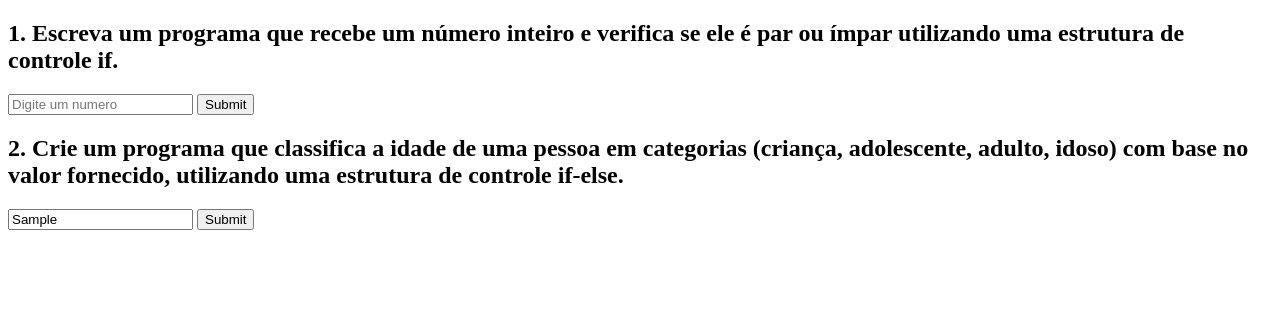
Repository: chidekina/prati-logica
Page: index.html
The author's editor kept a copy of each file at every save. The page is drawn from the files as they stood at one save, then again after a run of saves.
The browser window is 1280 px wide. The pictures show the whole page.
Empty fields were first filled with sample values (such as "Sample", 5 or name@example.com).
After loading, the first visible `input[onclick="parOuImpar()"]` was clicked once.

Above is the page before, as saved 2025-04-29 13:55:57.

After the next 3 saves:
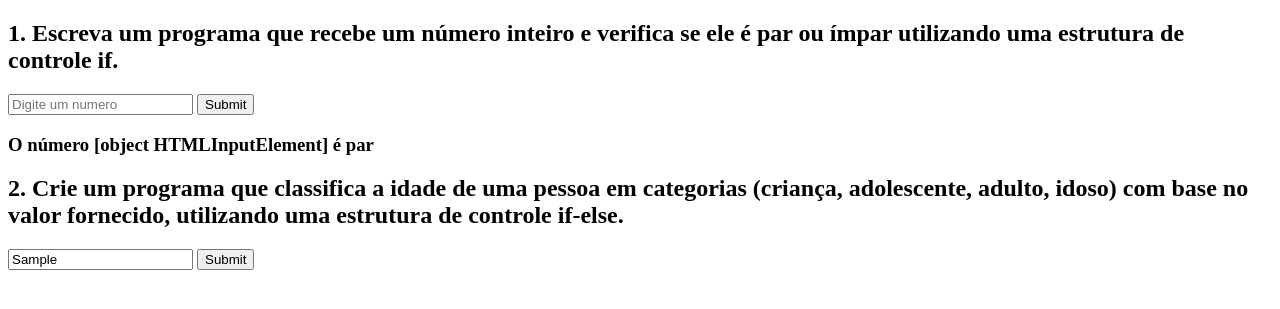
The 3 saves are shown as one change because they came seconds apart.
The last was saved 11 s later.
--- a/app.js
+++ b/app.js
@@ -7,11 +7,10 @@
   if (isNaN(numero)) {
     alert("Digite um número válido.");
   } else if (numero % 2 === 0) {
-    answer1.innerHTML = `O número ${task1} é par`;
+
   } else {
-    answer1.innerHTML = `O número ${task1} é ímpar`;
   }
-
+  answer1.innerHTML = `O número ${task1} é par`;
   task1.value = '';
 }
 

After the save that followed:
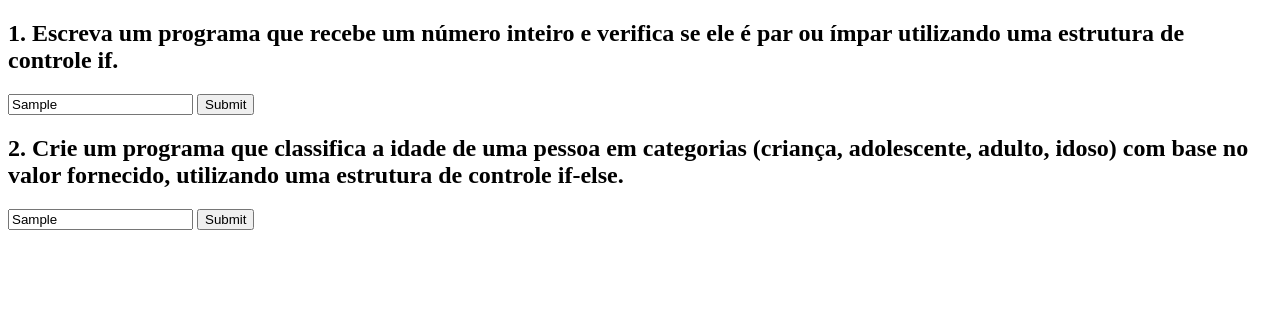
Console error: SyntaxError: Unexpected token '}'
Saved 7 s later.
--- a/app.js
+++ b/app.js
@@ -7,7 +7,7 @@
   if (isNaN(numero)) {
     alert("Digite um número válido.");
   } else if (numero % 2 === 0) {
-
+    resultado =
   } else {
   }
   answer1.innerHTML = `O número ${task1} é par`;
